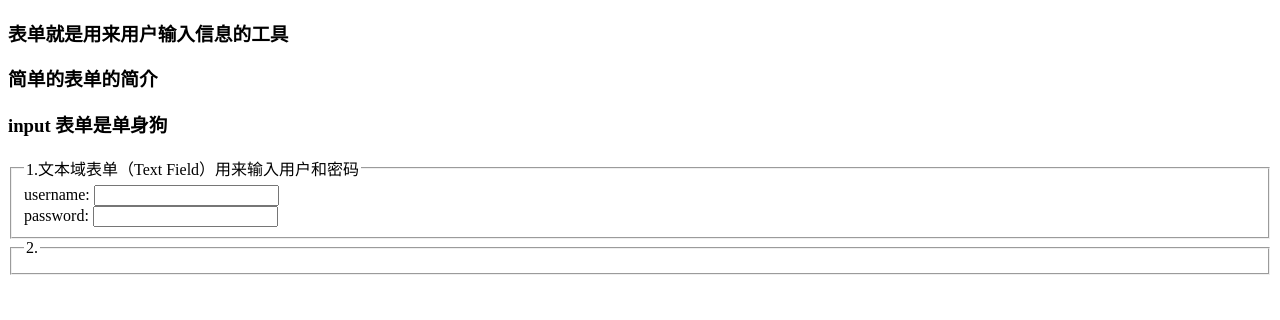
Repository: jarvanstack/vscode
Page: HTML/HTML中From表单.html
The author's editor kept a copy of each file at every save. The page is drawn from the files as they stood at one save, then again after the next save.
The browser window is 1280 px wide. The pictures show the whole page.

Above is the page before, as saved 2020-06-11 09:46:47.

After the next save:
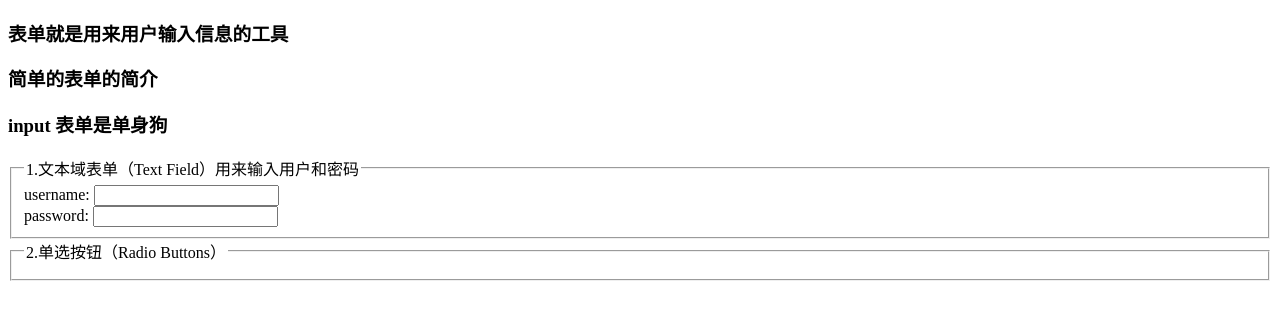
Saved 16 s later.
--- a/HTML/HTML中From表单.html
+++ b/HTML/HTML中From表单.html
@@ -25,7 +25,8 @@
     </form>
     <form action="post">
         <fieldset>
-            <legend>2.</legend>
+            <legend>2.单选按钮（Radio Buttons）</legend>
+
         </fieldset>
     </form>
 </body>
